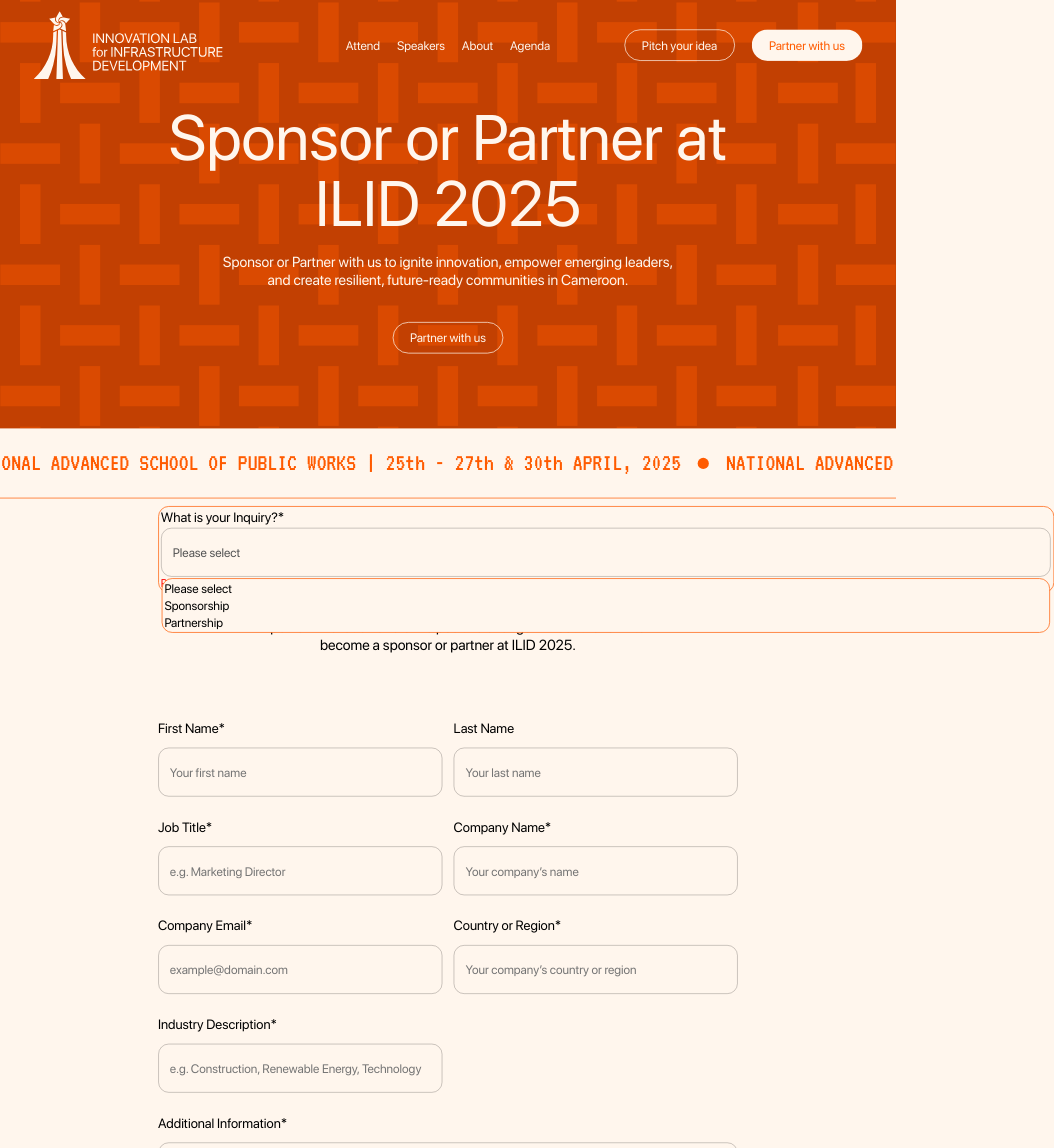
Repository: ilidevent/ilidwebsite
Page: /partners
The author's editor kept a copy of each file at every save. The page is drawn from the files as they stood at one save, then again after the next save.
The browser window is 1280 px wide. The page is 1506 px wide, then 1280 px, so the pictures cover 1506 px, including what lies to the right of the window. The pictures show the part of the page from y = 0 to 1640 px (the page is 2758 px tall), at 70% of full size.
The project was rebuilt for these pictures with package versions that can differ from the ones it lists, and the page was loaded fresh each time. The framework's server and built-in components were replaced by stand-ins that run in the browser. Also part of the build but not shown: next.config.ts, components/ReUsables/ButtonTwo.tsx, styles/ReUsables/aboutboxwrapper.module.scss, components/ReUsables/TextEmail.tsx, styles/ReUsables/sloganbanner.module.scss, components/ReUsables/SloganBanner.tsx, styles/ReUsables/paddingtop.module.scss, components/ReUsables/PaddingTop.tsx and 43 more.

Above is the page before, as saved 2025-03-17 12:37:40.

### app/layout.tsx
import type { Metadata } from "next";
import localFont from "next/font/local";
import { Navbar } from "@/components";
import "../styles/globals.scss";
import Footer from "@/components/Navigation/Footer";

const regular = localFont({
  src: "./fonts/SF-Pro-Display-Regular.ttf",
  variable: "--regular-font"
})

const medium = localFont({
  src: "./fonts/SF-Pro-Display-Medium.ttf",
  variable: "--medium-font"
})

const semibold = localFont({
  src: "./fonts/SF-Pro-Display-Semibold.ttf",
  variable: "--semibold-font"
})

const heavy = localFont({
  src: "./fonts/SF-Pro-Display-Heavy.ttf",
  variable: "--heavy-font"
})

const script = localFont({
  src: "./fonts/VT323-Regular.ttf",
  variable: "--script-font"
})

export const metadata: Metadata = {
  title: "Innovation Lab for Infrastructure Development",
  description: "Generated by create next app",
};

export default function RootLayout({
  children,
}: Readonly<{
  children: React.ReactNode;
}>) {
  return (
    <html lang="en">
      <body className={`${regular.variable} ${medium.variable} ${semibold.variable} ${heavy.variable} ${script.variable}`}>
        <Navbar/>
        {children}
        <Footer/>
      </body>
    </html>
  );
}

### app/partners/layout.tsx
import type { Metadata } from "next";

export const metadata: Metadata = {
  title: "Partners ILID 2025",
  description: "From strategy to design, we craft brands that elevate visibility, build trust, and drive industry success.",
};

export default function RootLayout({
  children,
}: Readonly<{
  children: React.ReactNode;
}>) {
  return <>{children}</>;
}

### app/partners/page.tsx
import React from 'react'
import { PartnersPageWrapper } from '@/components'

const PartnersPage = () => {
  return (
    <div className='main'>
      <PartnersPageWrapper/>
    </div>
  )
}

export default PartnersPage

### components/index.ts
import Navbar from "./Navigation/Navbar";
import HomePageWrapper from "./HomePage/HomePageWrapper";
import AttendPageWrapper from "./AttendPage/AttendPageWrapper";
import SpeakerPageWrapper from "./SpeakerPage/SpeakerPageWrapper";
import AboutPageWrapper from "./AboutPage/AboutPageWrapper";
import AgendaPageWrapper from "./AgendaPage/AgendaPageWrapper";
import PitchPageWrapper from "./PitchPage/PitchPageWrapper";
import PartnersPageWrapper from "./PartnersPage/PartnersPageWrapper";

export {
  Navbar,
  HomePageWrapper,
  AttendPageWrapper,
  SpeakerPageWrapper,
  AboutPageWrapper,
  AgendaPageWrapper,
  PitchPageWrapper,
  PartnersPageWrapper
}

### components/Navigation/Navbar.tsx
import React from 'react'
import Image from 'next/image'
import Link from 'next/link'
import LOGO from "../../public/svg/whitelogo.svg"
import Button from '../ReUsables/Button'
import styles from "../../styles/Navigation/navbar.module.scss"

const Navbar = () => {
  const navLinks = [
    {
      name: "Attend",
      link: "/attend"
    },
    {
      name: "Speakers",
      link: "/speakers"
    },
    {
      name: "About",
      link: "/about"
    },
    {
      name: "Agenda",
      link: "/agenda"
    }
  ]

  const buttonOne = {
    name: "Pitch your idea",
    link: "/pitch-contest",
  }

  const buttonTwo = {
    name: "Partner with us",
    link: "/partners",
  }

  return (
    <>
      <header className={styles.nav__header}>
        <div className={`container ${styles.nav__container}`}>
          <Link className={styles.nav__logo} href="/">
            <Image fill quality={100} alt='ILID Logo' src={LOGO}/>
          </Link>
          <nav className={styles.nav__center}>
            {
              navLinks.map((data, i) => (
                <Link key={i} href={data.link}>{data.name}</Link>
              ))
            }
          </nav>
          <nav className={styles.nav__right}>
            <Button fill={false} buttonInfo={buttonOne}/>
            <Button fill buttonInfo={buttonTwo}/>
          </nav>
        </div>
      </header>
    </>
  )
}

export default Navbar

### components/PartnersPage/PartnersPageWrapper.tsx
"use client";

import React, { useEffect, useState, useRef } from "react";
import Lenis from "lenis";
import ReusableSection from "../ReUsables/ReusableSection";
import SpeakerForm from "../SpeakerPage/SpeakerForm";
import HeroSection from "../ReUsables/HeroSection";
import PartnersForm from "./PartnersForm";
import VenueBanner from "../ReUsables/VenueBanner";

const PartnersPageWrapper = () => {
  const [lenis, setLenis] = useState<Lenis | null>(null);
  const formRef = useRef<HTMLDivElement | null>(null);

  useEffect(() => {
    const lenisInstance = new Lenis({
      duration: 1,
    });

    function raf(time: number) {
      lenisInstance.raf(time);
      requestAnimationFrame(raf);
    }

    requestAnimationFrame(raf);

    // Store the lenis instance in state
    setLenis(lenisInstance);
  }, []);

  const HeroContent = {
    largeText: "Sponsor or Partner at ILID 2025",
    normalText:
      "Sponsor or Partner with us to ignite innovation, empower emerging leaders, and create resilient, future-ready communities in Cameroon.",
    buttonProps: {
      name: "Partner with us",
    }
  };

  const formContent = {
    header: "Become a Sponsor or Partner",
    keywords: ["Become"],
    text: "Empower innovation and drive positive change. Fill out the form to become a sponsor or  partner at ILID 2025.",
  };

  const HeroBreakpoints = {
    lg: "75vh",
    nm: "85vh",
    md: "100vh",
    sm: "100vh",
  };
  return (
    <>
      <HeroSection
        herocontent={HeroContent}
        breakpoints={HeroBreakpoints}
        lenis={lenis}
        reference={formRef}
      />
      <VenueBanner />
      <ReusableSection
        header={formContent.header}
        keywords={formContent.keywords}
        text={formContent.text}
        textColor="#000000"
        backgroundColor="#FFF6ED"
        ref={formRef}
      >
        <PartnersForm />
      </ReusableSection>
    </>
  )
}

export default PartnersPageWrapper

### components/ReUsables/Button.tsx
"use client";

import React from "react";
import Link from "next/link";
import styles from "../../styles/ReUsables/button.module.scss";

interface ButtonInfo {
  name: string;
  link?: string;
}

interface ButtonProps {
  buttonInfo: ButtonInfo;
  fill: boolean;
  onClick?: () => void;
}

const Button = ({ buttonInfo, fill, onClick }: ButtonProps) => {
  // If a link is provided, render a Link
  if (buttonInfo.link) {
    return fill ? (
      <Link className={styles.button__background} href={buttonInfo.link}>
        {buttonInfo.name}
      </Link>
    ) : (
      <Link className={styles.button__stroke} href={buttonInfo.link}>
        {buttonInfo.name}
      </Link>
    );
  }

  // If no link is provided but an onClick is available, render a clickable span
  if (onClick) {
    return fill ? (
      <span className={styles.button__background} onClick={onClick}>
        {buttonInfo.name}
      </span>
    ) : (
      <span className={styles.button__stroke} onClick={onClick}>
        {buttonInfo.name}
      </span>
    );
  }

  // Fallback: render a non-clickable span
  return fill ? (
    <span className={styles.button__background}>{buttonInfo.name}</span>
  ) : (
    <span className={styles.button__stroke}>{buttonInfo.name}</span>
  );
};

export default Button;

### styles/Navigation/navbar.module.scss
.nav__header {
  width: 100%;
  height: auto;
  padding: 1rem 0;
  position: fixed;
  top: 0;
  left: 0;
  z-index: 100;
}

.nav__container {
  position: relative;
  display: flex;
  justify-content: space-between;
  align-items: center;
}

.nav__logo {
  width: 270px;
  aspect-ratio: 1112.0159/400;
  position: relative;

  img {
    object-fit: cover;
  }
}

.nav__center {
  position: absolute;
  top: 50%;
  left: 50%;
  transform: translate(-50%, -50%);
  display: flex;
  gap: 1.5rem;

  a {
    color: var(--body-color);
    opacity: 1;
    transition: opacity 0.5s ease;

    &:hover {
      opacity: 0.5;
    }
  }
}

.nav__right{
  display: flex;
  gap: 1.5rem
}

### components/ReUsables/HeroSection.tsx
import React from "react";
import Button from "./Button";
import Image from "next/image";
import Lenis from "lenis";
import HEROBACK from "../../public/svg/heroback.svg"
import styles from "../../styles/ReUsables/herosection.module.scss";

interface HeroContent {
  largeText: string;
  normalText: string;
  buttonText?: string;
  buttonProps: {
    name: string;
    link?: string;
  };
}

interface HeroBreakpoints {
  lg: string;
  nm: string;
  md: string;
  sm: string;
}

const HeroSection = ({
  herocontent,
  breakpoints,
  lenis,
  reference,
}: {
  herocontent: HeroContent;
  breakpoints: HeroBreakpoints;
  lenis?: Lenis | null;
  reference?: React.RefObject<HTMLDivElement | null>;
}) => {


  const handleLenisScroll = () => {
    if (lenis && reference?.current) {
      const referenceTop =
        window.scrollY + reference?.current.getBoundingClientRect().top;
      lenis.scrollTo(referenceTop);
    }
  };


  return (
    <section
      className={styles.hero__section}
      style={
        {
          "--lg": breakpoints.lg,
          "--nm": breakpoints.nm,
          "--md": breakpoints.md,
          "--sm": breakpoints.sm,
        } as React.CSSProperties
      }
    >
      <div className={styles.hero__container}>
        <div className={styles.content__wrapper}>
          <div className={styles.large__text}>
            <h1>{herocontent.largeText}</h1>
          </div>
          <div className={styles.normal__text}>
            <p>{herocontent.normalText}</p>
          </div>
          <div className={styles.hbutton__wrapper}>
            {herocontent.buttonText && <p className={styles.button__text}>{herocontent.buttonText}</p>}
            <Button fill={false} buttonInfo={herocontent.buttonProps} onClick={handleLenisScroll}/>
          </div>
        </div>
      </div>
      <div className={styles.hero__image}>
        <Image fill quality={100} alt="ILID Pattern" src={HEROBACK}/>
      </div>
    </section>
  );
};

export default HeroSection;

### styles/ReUsables/button.module.scss
.button__background{
  padding: 0.7rem 1.5rem;
  border-radius: 100px;
  background-color: var(--body-color);
  color: var(--orange);
  border: 1px solid transparent;
  transition: all 0.5s ease;
  cursor: pointer;

  &:hover{
    border: 1px solid var(--body-color);
    color: var(--body-color);
    background-color: transparent;
  }
}

.button__stroke{
  padding: 0.7rem 1.5rem;
  border-radius: 100px;
  background-color: transparent;
  color: var(--body-color);
  border: 1px solid var(--body-color);
  transition: all 0.5s ease;
  cursor: pointer;

  &:hover{
    border: 1px solid transparent;
    color: var(--orange);
    background-color: var(--body-color);
  }
}

.button__strokeTwo{
  padding: 0.7rem 1.5rem;
  border-radius: 100px;
  background-color: transparent;
  color: var(--orange);
  border: 1px solid var(--orange);
  transition: all 0.5s ease;

  &:hover{
    border: 1px solid transparent;
    color: var(--body-color);
    background-color: var(--orange);
  }
}

### styles/ReUsables/herosection.module.scss
.hero__section {
  width: 100vw;
  height: var(--nm);
  background-color: var(--darkorange);
  position: relative;
  color: var(--body-color);
}

.hero__image{
  width: 100%;
  height: 100%;
  position: absolute;
  top: 0;
  left: 0;

  img{
    object-fit: cover;
  }
}

.hero__container {
  width: 100%;
  height: 100%;
  position: relative;
  z-index: 1;
}

.content__wrapper {
  width: 930px;
  height: auto;
  position: absolute;
  top: 150px;
  left: 50%;
  transform: translateX(-50%);
  display: flex;
  flex-direction: column;
  justify-content: flex-start;
  align-items: center;
  gap: 1.5rem;
}

.large__text {
  h1 {
    font-size: calc(var(--biggest-font-size) - 2.3rem);
    font-weight: 100;
    text-align: center;
    line-height: 1.03;
  }
}

.normal__text {
  width: 70%;
  text-align: center;

  p {
    font-size: calc(var(--normal-font-size) + 0.2rem);
  }
}

.hbutton__wrapper{
  display: flex;
  flex-direction: column;
  gap: 1rem;
  align-items: center;
  margin-top: 1.5rem;
}

@media screen and (min-height: 800px) {
  .hero__section{
    height: var(--lg);
  }

  .content__wrapper{
    width: 1030px;
    top: 21%;
  }

  .large__text {
    h1 {
      font-size: calc(var(--biggest-font-size) - 1.5rem);
      font-weight: 100;
      text-align: center;
      line-height: 1.1;
    }
  }

  .normal__text {
    width: 70%;
    text-align: center;

    p {
      font-size: calc(var(--h2-font-size) - 1rem);
    }
  }

  .hbutton__wrapper{
    display: flex;
    flex-direction: column;
    gap: 1.5rem;
    align-items: center;
    margin-top: 2rem;
  }
}

### styles/ReUsables/venuebanner.module.scss
.vb__section{
  position: relative;
  width: 100%;
  height: auto;
  padding: 0rem 0 3rem;
}

.vbslider__container{
  width: 100%;
  padding: 2rem 0;
  border-bottom: 1px solid var(--orange);
}

.vb__slider{
  width: max-content;
  position: relative;
  display: flex;
}

.vslider__main{
  display: flex;

  .vslider__space{
    width: 1rem;
    height: 1rem;
    display: block;
  }
}

.vslider__content{
  display: flex;
  gap: 1.5rem;
  align-items: center;
  font-family: var(--script-font);
  font-size: calc(var(--h2-font-size) - 0.3rem);
  color: var(--orange);
}

.vfirst__slide{
  display: flex;
  align-items: center;
  gap: 1.5rem;

  p{
    word-wrap: none;
  }

  .vspan__button{
    display: block;
    width: 1rem;
    height: 1rem;
    border-radius: 50%;
    background-color: var(--orange);
  }
}

### components/ReUsables/HighlighedText.tsx
import React from 'react'
import styles from "../../styles/ReUsables/highlightedtext.module.scss";

interface HighlightedTextProps {
  text: string;
  keywords?: string[];
  color: string;
}

const HighlightedText = ({
  text,
  keywords,
  color
}: HighlightedTextProps) => {
  // Split the text into words
  const words = text.split(" ");

  return (
    <p className={styles.large__text}>
      {words.map((word, index) => {
        // Remove punctuation for matching and convert to lowercase.
        const cleanedWord = word.replace(/[.,!?;:()]/g, "");

        if (keywords?.includes(cleanedWord)) {
          return (
            <span key={index} style={{color: "var(--orange)"}}>
              {word}{" "}
            </span>
          );
        } else {
          return (
            <span key={index} style={{color: color}}>
              {word}{" "}
            </span>
          );
        }
      })}
    </p>
  );
};

export default HighlightedText;

### styles/ReUsables/reusablesection.module.scss
.rs__content{
  width: 100%;
  height: auto;
  position: relative;
}

.rs__container{
  height: max-content;
}

.rs__wrapper{
  width: 100%;
  height: auto;
  display: flex;
  flex-direction: column;
  justify-content: flex-start;
  gap: 6rem;
  align-items: center;
}

.rscontent__header{
  width: 60%;
  display: flex;
  flex-direction: column;
  align-items: center;
  justify-content: flex-start;
  gap: 1rem;

  .p__tag{
    text-align: center;
    width: 85%;
    font-size: calc(var(--normal-font-size) + 0.2rem);
  }
}

.rsmain__content{
  width: 100%;
  height: auto;
}

.rButton{
  display: flex;
  flex-direction: column;
  align-items: center;

}

.rbutton__text{
  width: max-content;
  margin-bottom: 1rem;
}

### components/ReUsables/FormInput.tsx
"use client";

import React, { useState, useEffect } from "react";
import styles from "../../styles/ReUsables/forminput.module.scss";

interface FormField {
  id: number;
  name: string;
  type: string;
  placeholder: string;
  errorMessage?: string;
  label: string;
  required: boolean;
  minlength?: number;
  inputState: boolean;
}

const FormInput = ({
  data,
  isSubmitting,
}: {
  data: FormField;
  isSubmitting: boolean;
}) => {
  const [focused, setFocused] = useState(false);

  useEffect(() => {
    if (isSubmitting) {
      setFocused(false);
    }
  }, [isSubmitting]);

  const handleFocus = () => {
    if (!isSubmitting) { // Skip onBlur during form reset/submission
      setFocused(true);
    }
  };

  return (
    <div className={styles.input__wrapper}>
      <label htmlFor={data.name} className={styles.label}>
        {data.label}
      </label>
      {data.inputState ? (
        <input
          className={styles.input}
          name={data.name}
          type={data.type}
          placeholder={data.placeholder}
          required={data.required}
          minLength={data.minlength}
          onBlur={handleFocus}
          data-focused={focused.toString()}
        />
      ) : (
        <textarea
          className={styles.textarea}
          name={data.name}
          placeholder={data.placeholder}
          required={data.required}
          minLength={data.minlength}
          onBlur={handleFocus}
          data-focused={focused.toString()}
        />
      )}
      <span className={styles.error}>{data.errorMessage}</span>
    </div>
  );
};

export default FormInput;

### styles/ReUsables/highlightedtext.module.scss
.large__text{
  font-size: calc(var(--h2-font-size) + 0.6rem);
}

.phrase__text{
  font-size: calc(var(--normal-font-size) + 0.6rem);
  text-align: justify;
}

### components/ReUsables/FormSelector.tsx
"use client";

import React, { useState } from "react";
import styles from "../../styles/ReUsables/formselector.module.scss";


const FormSelector = () => {
  const selections = [
    "Please select",
    "Sponsorship",
    "Partnership"
  ]
  const [activeBox, setActiveBox] = useState(false)

  return (
    <div className={styles.select__wrapper}>
      <span className={styles.flabel}>What is your Inquiry?*</span>
      <div className={styles.finput} onClick={() => setActiveBox(!activeBox)}>
        <span className={styles.selection}>Please select</span>
        <div className={styles.select__wrapper}>
          {
            selections.map((data, i) => (
              <div className={styles.sbox} key={i}>
                <span>{data}</span>
              </div>
            ))
          }
        </div>
      </div>
      <span className={styles.ferror}>Please select an inquiry</span>
    </div>
  );
};

export default FormSelector;

### styles/ReUsables/forminput.module.scss
.input__wrapper{
  width: 100%;
  height: auto;
  display: flex;
  flex-direction: column;
  gap: 1rem
}

.label{
  font-size: calc(var(--normal-font-size) + 0.1rem);
  text-transform: none;
}

.input {
  width: 100%;
  height: 70px;
  padding-left: 1rem;
  outline: none;
  background-color: transparent;
  border-radius: 15px;
  border: 1px solid rgba(0, 0, 0, 0.3);


  &:focus {
    border: 1px solid #ffa473;
  }

  &:invalid[data-focused="true"] {
    border: 1px solid red;
  }

  &:invalid[data-focused="true"] ~ .error {
    display: block;
  }
}

.textarea {
  width: 100%;
  min-height: 250px;
  padding-top: 1rem;
  padding-left: 1rem;
  outline: none;
  border: 1px solid rgba(0, 0, 0, 0.3);
  background-color: transparent;
  border-radius: 15px;


  &:focus {
    border: 1px solid #ffa473;
  }

  &:invalid[data-focused="true"] {
    border: 1px solid rgb(255, 0, 0);
  }

  &:invalid[data-focused="true"] ~ .error {
    display: block;
  }
}

.error {
  font-size: calc(var(--normal-font-size) - 0.1rem);
  color: rgb(255, 0, 0);
  display: none;
  margin-top: -0.2rem;
}

### styles/ReUsables/formselector.module.scss
.select__wrapper{
  width: 100%;
  height: auto;
  display: flex;
  flex-direction: column;
  gap: 1rem;
  position: relative;
}

.flabel{
  font-size: calc(var(--normal-font-size) + 0.1rem);
  text-transform: none;
}

.finput {
  width: 100%;
  position: relative;
  height: 70px;
  background-color: transparent;
  border-radius: 15px;
  border: 1px solid rgba(0, 0, 0, 0.3);
}

.selection{
  position: absolute;
  top: 50%;
  left: 1rem;
  transform: translateY(-50%);
  color: var(--text-color-light);
}

.ferror {
  font-size: calc(var(--normal-font-size) - 0.1rem);
  color: rgb(255, 0, 0);
  margin-top: -0.2rem;
}

.select__wrapper{
  width: 100%;
  height: auto;
  padding: 0.2rem;
  border-radius: 15px;
  background-color: var(--body-color);
  border: 1px solid var(--orange);
  display: flex;
  flex-direction: column;
  gap: 0.2rem;
  position: absolute;
  top: calc(100% + 0.2rem)
}

Loaded but not shown: utils/index.ts (2098 lines, source omitted); components/Navigation/BetterMarque.tsx (236 lines, source omitted); components/Navigation/Footer.tsx (119 lines, source omitted); components/PartnersPage/PartnersForm.tsx (122 lines, source omitted); components/ReUsables/VenueBanner.tsx (90 lines, source omitted); styles/Navigation/bettermarque.module.scss (150 lines, source omitted); styles/globals.scss (167 lines, source omitted); components/ReUsables/ReusableSection.tsx (86 lines, source omitted); styles/AttendPage/attendform.module.scss (137 lines, source omitted); styles/Navigation/footer.module.scss (147 lines, source omitted)

After the next save:
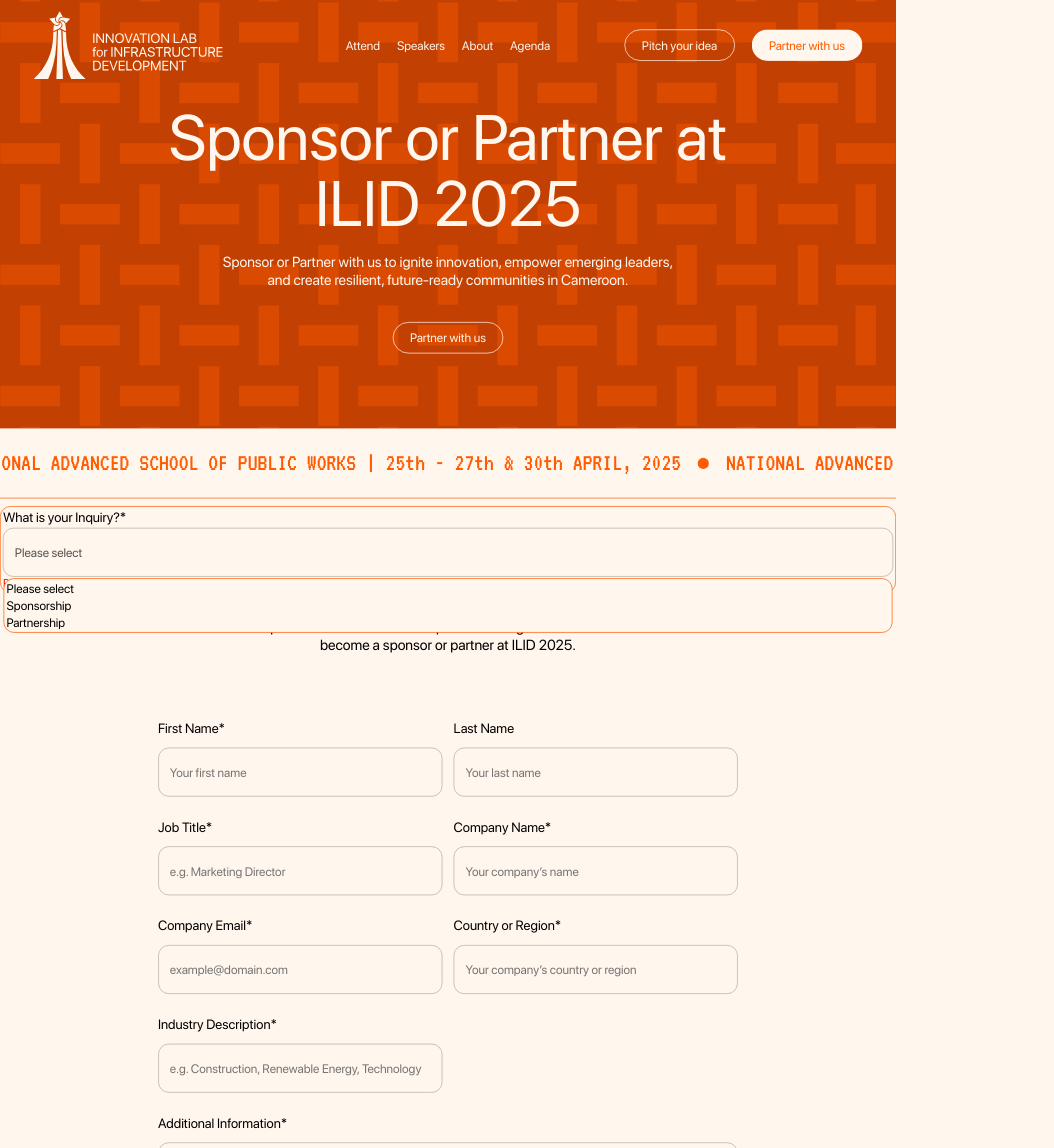
Saved 5 s later.
--- a/styles/ReUsables/formselector.module.scss
+++ b/styles/ReUsables/formselector.module.scss
@@ -46,5 +46,6 @@
   flex-direction: column;
   gap: 0.2rem;
   position: absolute;
-  top: calc(100% + 0.2rem)
+  top: calc(100% + 0.2rem);
+  left: 0;
 }
